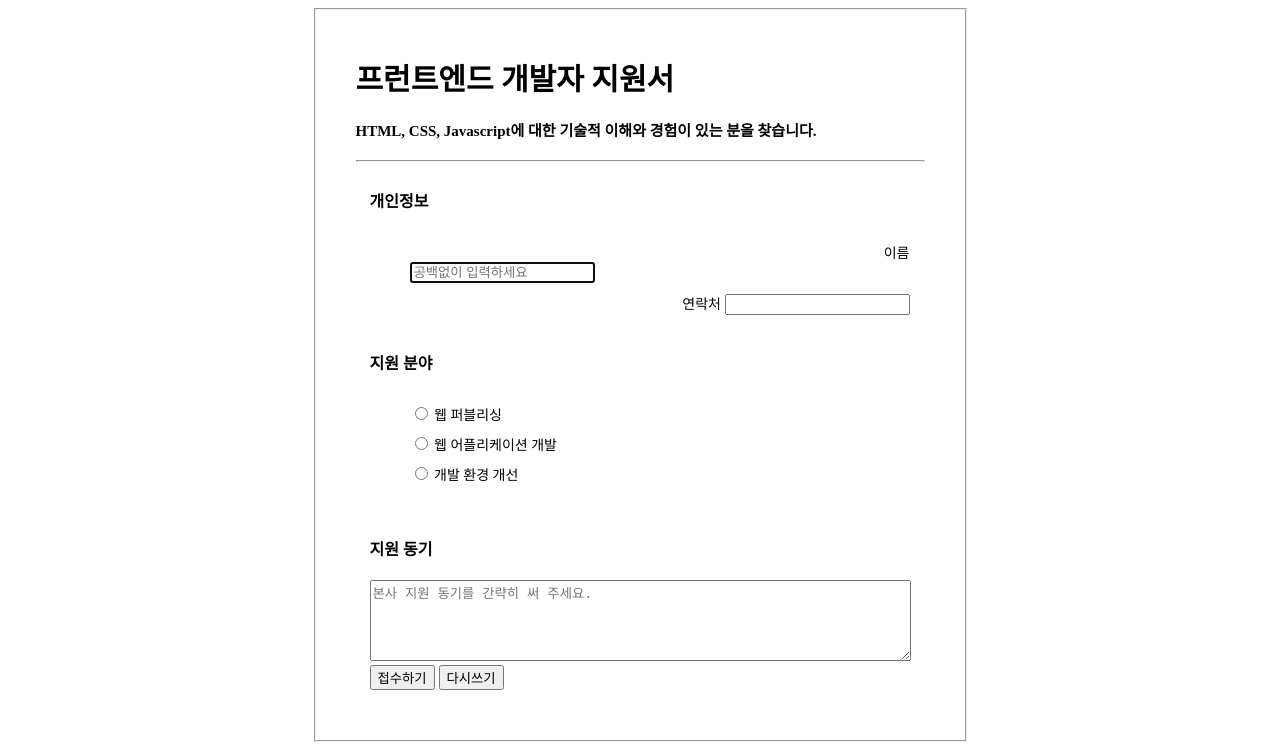
Repository: ygs3004/StudyHTML_CSS
Page: web project 01/src/main/webapp/chapter05/exam05_20.html
The author's editor kept a copy of each file at every save. The page is drawn from the files as they stood at one save, then again after a run of saves.
The browser window is 1280 px wide. The pictures show the whole page.

Above is the page before, as saved 2022-08-09 05:56:50.

### web project 01/src/main/webapp/chapter05/exam05_20.html
<!DOCTYPE html>
<html>
<head>
<meta charset="UTF-8">
<title>Insert title here</title>
<style type="text/css">
	li{
		list-style: none;
		margin:10px 0px ;
		font-size : 14px;
		font-weight : normal;
	}
	ul{
		margin-top : 30px;
	}
	.main{
		width:480px;
		margin : auto;
		padding-top: 25px;
		padding-left: 40px;
		padding-right: 40px;
		padding-bottom: 40px;
		font-size :15px;
	}

	.body{
		margin-top :20px;
		font-size : 16px;
		font-weight : bold;
		border:0 none;
		text-align : left;
	}

	textarea{
		margin-top : 20px;
	}

	.reg{
		float : left;
		text-align : right;
		width : 500px;
	}

</style>
</head>
<body>
<form action="">
<fieldset class = "main">
<h1>프런트엔드 개발자 지원서</h1>
<h4>HTML, CSS, Javascript에 대한 기술적 이해와 경험이 있는 분을 찾습니다.</h4>
<hr></hr>
	<fieldset class ="body">개인정보
		<ul>
			<li>
				<label class="reg" for="name">이름</label>
				<input type="text" id="name" placeholder="공백없이 입력하세요" autofocus>
			</li>
			<li>
				<label class="reg" for="phone">연락처
				<input type="tel" id="phone"> </label>
			</li>
		</ul>
	</fieldset>
	<fieldset class ="body">지원 분야
		<ul>
			<li>
			<input type="radio" id="publishing" ><label for = "publishing"> 웹 퍼블리싱</label>
			</li>
			<li><input type="radio" id="application" ><label for = "application"> 웹 어플리케이션 개발</label>
			</li>
			<li><input type="radio" id="improving" ><label for = "improving"> 개발 환경 개선</label>
			</li>
		</ul>
	</fieldset>
	<fieldset class ="body"> 지원 동기<br>
			<textarea rows="5" cols="65" name="motivation" placeholder="본사 지원 동기를 간략히 써 주세요."></textarea>
			<br>
			<input type="submit" value="접수하기">
			<input type="reset" value="다시쓰기">
	</fieldset>
</fieldset>
</form>
</body>
</html>

After the next 3 saves:
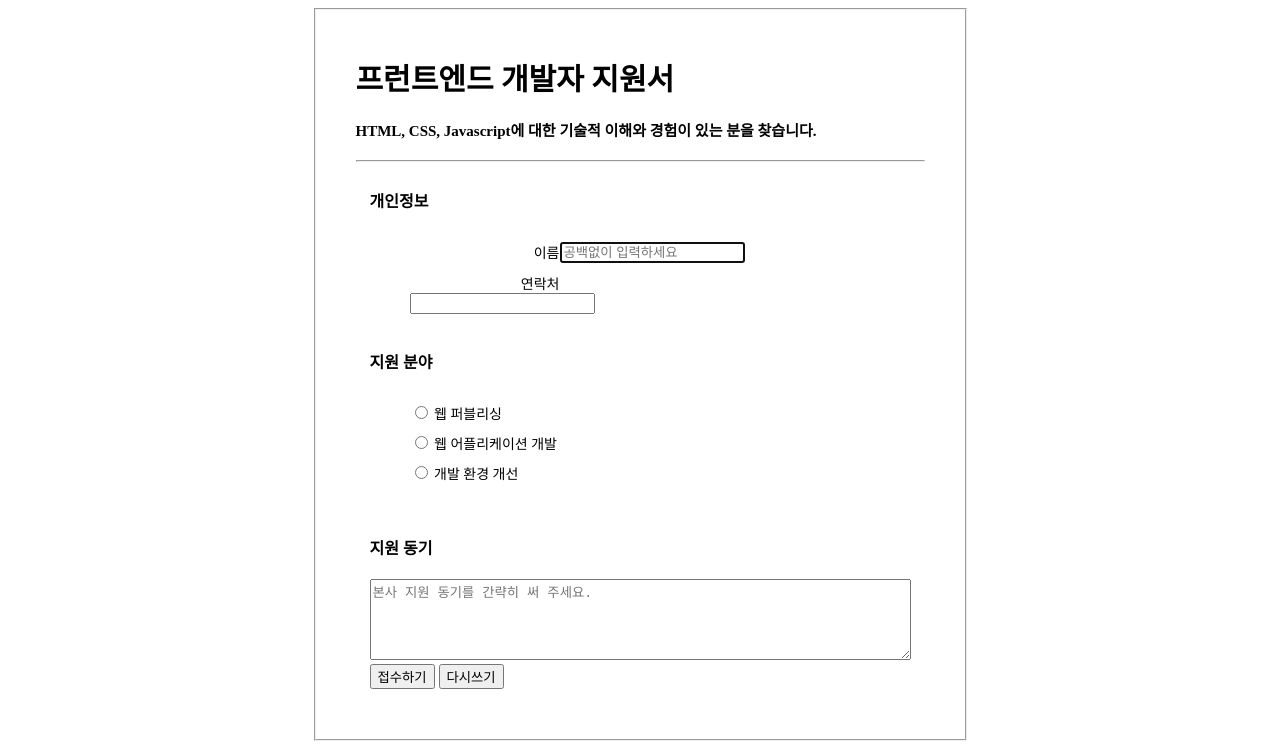
The 3 saves are shown as one change because they came seconds apart.
The last was saved 11 s later.
--- a/web project 01/src/main/webapp/chapter05/exam05_20.html
+++ b/web project 01/src/main/webapp/chapter05/exam05_20.html
@@ -38,7 +38,7 @@
 	.reg{
 		float : left;
 		text-align : right;
-		width : 500px;
+		width : 150px;
 	}
 
 </style>
